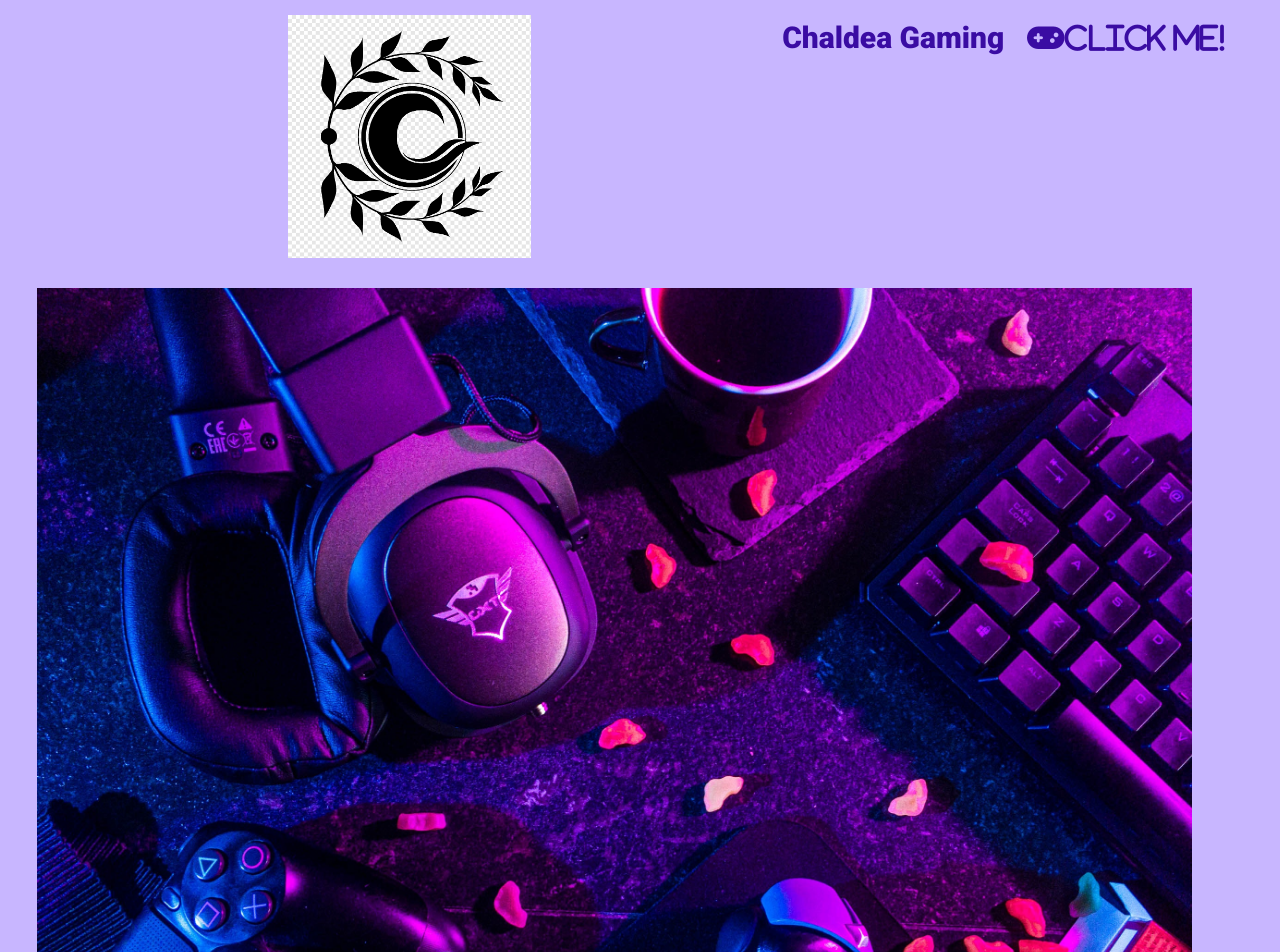
Repository: NyleNC/School-Projects
Page: Hmtl and CSS project/Contact.html
An editor plug-in stored every save of this project. The page is shown before and after the next save, followed by the edit.
The browser window is 1280 px wide. The pictures show the part of the page from y = 0 to 952 px (the page is 2055 px tall before and 2090 px after).
A picture or video elsewhere on the page could not be fetched, so the positions and the page height are approximate. Some web libraries are served in a nearby version.

Above is the page before, as saved 2025-01-05 14:50:09.

### Hmtl and CSS project/Contact.html
<!DOCTYPE html>
<html lang="en">
<head>
    <meta charset="UTF-8">
    <meta name="viewport" content="width=device-width, initial-scale=1.0">
    <title>Contact</title>
    <link rel="stylesheet" href="style.css">
    <script src="https://kit.fontawesome.com/1e3ba98075.js" crossorigin="anonymous"></script>
    <link rel="preconnect" href="https://fonts.googleapis.com">
<link rel="preconnect" href="https://fonts.gstatic.com" crossorigin>
<link href="https://fonts.googleapis.com/css2?family=Roboto:wght@400;700;900&display=swap" rel="stylesheet">
<link rel="stylesheet" href="https://cdnjs.cloudflare.com/ajax/libs/font-awesome/4.7.0/css/font-awesome.min.css">
<script src="script.js" defer></script>

</head>
<body>
    <header class="header-con">
        <nav class="main-nav">
            <i id="nav-toggle" class="fa-solid fa-gamepad fa-bounce fa-2xl">Click me!</i>
            <i id="close-btn" class="hidden">Close</i>
            <ul id="nav-menu">
                <li><a href="Index.html">Home</a></li>
                <li><a href="About.html">About</a></li>
                <li><a href="Club.html">Club Information</a></li>
                <li><a href="News.html">News and Events</a></li>
                <li><a href="Contact.html">Contact</a></li>
            </ul>
        </nav>
        <div class="logo">
            <img src="Images/Logo.png" alt="Logo" width="100" height="200" >
            <h1>Chaldea Gaming</h1>
     </div>
     <div>
     <img src="Images/Header-picture.jpg" alt="A picture of gaming equipment" width="2000" height="1500" >
     </div>
    </header>
    <main>
        <div>
        <h2>Join Us:</h2>

<p>Ready to embark on an epic gaming journey? Join Chaldea Gaming Club and be part of a community that transcends pixels and screens. Whether you're here for the games, the friendships, or the shared adventures, there's a place for you in our ever-expanding gaming family.

Connect with us on facebook or twitter and stay tuned for upcoming events, challenges, and the latest in the gaming world. Let the games begin!</p>
    </div>
<div>

</div>

<form action="https://webdevbasics.net/scripts/demo.php" method="post">
    <fieldset>
        <legend>Player Information</legend>
            <div class="field-col">
                <div>
                    <label for="firstName">First Name:</label>
                    <input id="firstName" type="text" name="firstName" placeholder="Please Input First Name" required>
                </div>
                <div>
                    <label for="lastName">Last Name:</label>
                    <input id="lastName" type="text" name="lastName" placeholder="Please Input Last Name" required>
                </div>
                <div>
                    <label for="email"> Email:</label>
                    <input id="email" name="email" type="email" placeholder="johndoe@google.com" required>
                </div>
                <div>
                    <label for="gamerTag">Gamer tag:</label>
                    <input id="gamerTag" type="text" name="gamerTag" placeholder="gamertag11 or discord Id">
                </div>
            </div>
        <div  class="field-container">
            <div>
    <img src="Images/joininghands.jpg" alt="a bunch of people's hand joining together" width="2000" height="1500">
        </div>
        <div>
            <img src="Images/gamers.jpg" alt="people playing a game and one lost" width="2000" height="1500">
                </div>
        </div>
    </fieldset>
    <div class="buttons">
        <div><input type="submit" name="submit" value="Submit"></div>
    <div><input type="reset" name="reset" value="Cancel"></div>
    </div>
</form>


</main>
    <footer class="footer">
        <div >
            <p><small>Nyle Bumanglag 2023</small></p>
        </div>
        <div class="social">
            <a href="#" class="fa fa-facebook"></a>
            <a href="#" class="fa fa-twitter"></a>
            <a href="#" class="fa fa-reddit"></a>
        </div>
        </footer>
</body>
</html>

### Hmtl and CSS project/Style.css
body{
    background: #c8b6ff;
    color: #3a0ca3;
    margin:0 auto;
    font-family: 'Roboto', sans-serif;
    font-weight: 400;
    font-size: 1em;
}

.footer {
    height: auto;
    margin:0 auto;
    width: 300px;
    text-align:center;
    color:#3a0ca3;
}
fieldset{
    border:5px groove #26b3de;
    border-radius: 10px;
}

h1{
    text-align: center;
    font-weight: 900;

}
h2 ,h3 {
    font-weight: 700;
    padding: 0 1em;
}

p{
    padding: 0 1em;
}
img {
    width: 95%;
    height: auto;
    margin: 20px auto;
    padding-left: 5px;

}
.main-nav{
   float: right;
   padding: 1.5em;
   margin: 0 auto;
}
.main-nav ul{
    background: #262032;
    color: #000000;
    display:none;
	gap:15px;
    width: 200px;
    height: auto;
    margin: 0 auto;
    transition: all 0.3s ease-in-out;
}
.main-nav ul.show {
    display: block;
}
.main-nav a{
    color: #a8dadc;
    text-decoration: wavy;
}
.main-nav a:hover{
     background-color: #4cc9f0
}



#close-btn:hover {
    background-color: #d32f2f;
}
.main-nav i.hidden {
    display: none;
}
.main-nav i {
    transition: opacity 0.3s ease-in-out;
}
i{
    float: right;
    margin-top: 15px;

}
input[type="submit"]:hover , input[type="reset"]:hover {
	background: #7fa0bd;
	border-color: rgb(127, 164, 189);
}
input[type="text"], input[type="email"]{
	display: block;
	border: 1px outset #800f00;
	border-radius: 5px;
	height: 30px;
	width: 100%;
}
input[type="submit"],input[type="reset"] {
    border-style: groove;
    background:  #ef476f ;
	border-radius: 5px;
    color: white;
	font-size: 0.75em;
	margin-top: 15px;
	padding: 10px ;


}
label{
    font-size: 1em;
    color: #3a0ca3;
    font-weight:400;

}
legend {
	font-size: 1.25em;
	font-weight: 700;
	color:  #3a0ca3 ;
}

/* classes*/
.buttons{
    margin: 0 auto;
    display: flex;
    gap: 7em;
   padding-left:1em;
}
.logo{
    margin: 1em;
   display: flex;

}
.logo img{
    width: 50%;
    height: auto;
}

.about-bkgd{
    background-image:url(Images/aboutbackground.jpg);
    background-position: center;
    background-size: cover;
    padding: 1em;
    border-radius:3px;

}
.about-bkgd img{
    margin: 0 auto;
	width: 25%;
    height: auto;
}
.button-bkgd{
    padding: 15px;
    line-height: 1em;
    background-color: transparent;
    background-size: cover;
    background-position: 50%;
    background-repeat: no-repeat;
    border: 2px solid #26b3de;
    border-radius: 3px;
    text-align: center;
}
.button-bkgd a{
    color: #fff;
    text-decoration: wavy;
}
.button-bkgd a:hover{
    background-color: #a8dadc;
}
.club-bkgd{
    background-image: url(Images/clubbgkd.jpg);
    background-position: center ;
    background-size: cover;
    padding: 1em;
    border-radius:3px;
}

.news-bkgd{
    background-image: url(Images/newsbgkd.jpg);
    background-position: center;
    background-size: cover;
    padding: 1em;
    border-radius:3px;
}
.contact-bkgd{
    background-image: url(Images/contactbgkd.jpg);
    background-position: center ;
    background-size: cover;
    padding: 1em;
    border-radius:3px;
}
.header-con{
    width: 95%;
    height: auto;
    margin: 0 auto;
}
.container{
    margin: 0 auto;
    gap: 1em;
    display: grid;
    grid-template-columns:  1fr 1fr;
	width: 95%;
    height: auto;
    border: 4px solid #26b3de;
    border-radius:3px;
}
.fa {
    padding: 10px;
    font-size: 20px;
    width: 30px;
    text-align: center;
    text-decoration: none;
    margin: 5px 2px;
  }
.fa-facebook {
    background: #3B5998;
    color: white;
  }
  .fa:hover {
      opacity: 0.7;
}
.fa-twitter {
    background: #55ACEE;
    color: white;
}
.fa-reddit {
    background: #ff5700;
    color: white;
  }
.social{
    text-align: right;
    margin-right: 7em;
}
.field-col{
    grid-template-columns: 1fr 1fr ;
    display: grid;
    gap: 10px;
}
.field-container{
    margin: 0 auto;
    gap: 1em;
    display: grid;
    grid-template-columns:  1fr 1fr;
	width: 95%;
    height: auto;

}
.event-news {
    display: flex;

    border:5px solid #b388eb;
    width: 90%;
    gap: 10em;
    padding-left: 5em;
}

.event-news a{
    color: #3a0ca3;
    text-decoration: wavy;
}

.event-news a:hover{
    background-color: #4cc9f0

}

section {
    padding: 15px;
}


.event-container{
    display: grid;
    grid-template-columns: 1fr 1fr;
    width: 95%;
    height: auto;
    text-align: left;
}


@media only screen and (min-width: 768px) {
    .container{
       margin: 0 auto;
        gap: 10px;
        display: grid;
        grid-template-columns:  1fr 1fr 1fr 1fr;
        width: 95%;
        height: auto;

    }
    img{
        margin: 1em auto;

    }
    body{
        margin: 0 auto;
       font-size: 15px;

    }
    .main-nav ul{
    width: 500px;
    height: auto;
    margin: 0 auto;
    }
    .buttons{
        margin: 0 auto;
        display: flex;
        gap: 8em;
       padding-left:9em;
    }
    .logo img{
        width: 25%;
        height: auto;
    }
    .logo{
        margin: 0 auto;
       display: flex;

    }
}

@media only screen and (min-width: 1440px){
    body{
        margin: 0 auto;
        font-size: 2em;

    }
    img{
        margin: 0 1em;
    }
    .container{
        margin: 0 auto;
         gap: 1em;
         display: grid;
         grid-template-columns:   1fr 1fr 1fr 1fr;
         width: 95%;
         height: auto;
         text-align: center;
         padding-right: 1em;
     }

    .main-nav ul{
        width: 500px;
    height: auto;
    margin: 0 auto;
    }
    .social{
        text-align: right;
        margin-right: 2em;
    }
    .buttons{
        margin: 0 auto;
        display: flex;
        gap: 8em;
       padding-left:15em;
    }
    .logo img{
        width: 25%;
        height: auto;
        margin-bottom: 1em;
        margin-top: 1em;
    }

}

@media only screen and (min-width: 1920px){
    body{
        margin: 0 auto;
        font-size: 2em;

    }
    img{
        margin: 0 1em;
        width: 95%;
        height: auto;
    }
    .container{
        margin: 0 auto;
         gap: 1em;
         display: grid;
         grid-template-columns:   1fr 1fr 1fr 1fr;
         width: 95%;
         height: auto;
         text-align: center;
         padding-right: 1em;
     }

    .main-nav ul{
        width: 500px;
    height: auto;
    margin: 0 auto;
    }
    .social{
        text-align: right;
        margin-right: 2em;
    }
    .buttons{
        margin: 0 auto;
        display: flex;
        gap: 8em;
       padding-left:15em;
    }
    .logo img{
        width: 25%;
        height: auto;
        margin-bottom: 1em;
        margin-top: 1em;
    }
    .event-news {
        display: flex;

        border:5px solid #b388eb;
        margin: 0 auto;
        width: 90%;
        gap: 25em;
        padding-left: 10em;
    }
    .field-container{
        margin: 1em auto;
        gap: 1em;
        display: grid;
        grid-template-columns:  1fr 1fr;
        width: 95%;
        height: auto;

    }

}

### Hmtl and CSS project/script.js
document.getElementById("nav-toggle").addEventListener("click", function () {
    const navMenu = document.getElementById("nav-menu");
    const navToggle = document.getElementById("nav-toggle");
    const closeBtn = document.getElementById("close-btn");

    // Toggle the navigation menu visibility
    navMenu.classList.toggle("show");

    // Toggle visibility of "Click me!" and "Close" button
    navToggle.classList.toggle("hidden");
    closeBtn.classList.toggle("hidden");
});

// Close the navigation menu when "Close" button is clicked
document.getElementById("close-btn").addEventListener("click", function () {
    const navMenu = document.getElementById("nav-menu");
    const navToggle = document.getElementById("nav-toggle");
    const closeBtn = document.getElementById("close-btn");

    // Hide the navigation menu
    navMenu.classList.remove("show");

    // Show the "Click me!" button and hide the "Close" button
    navToggle.classList.remove("hidden");
    closeBtn.classList.add("hidden");
});

After the next save:
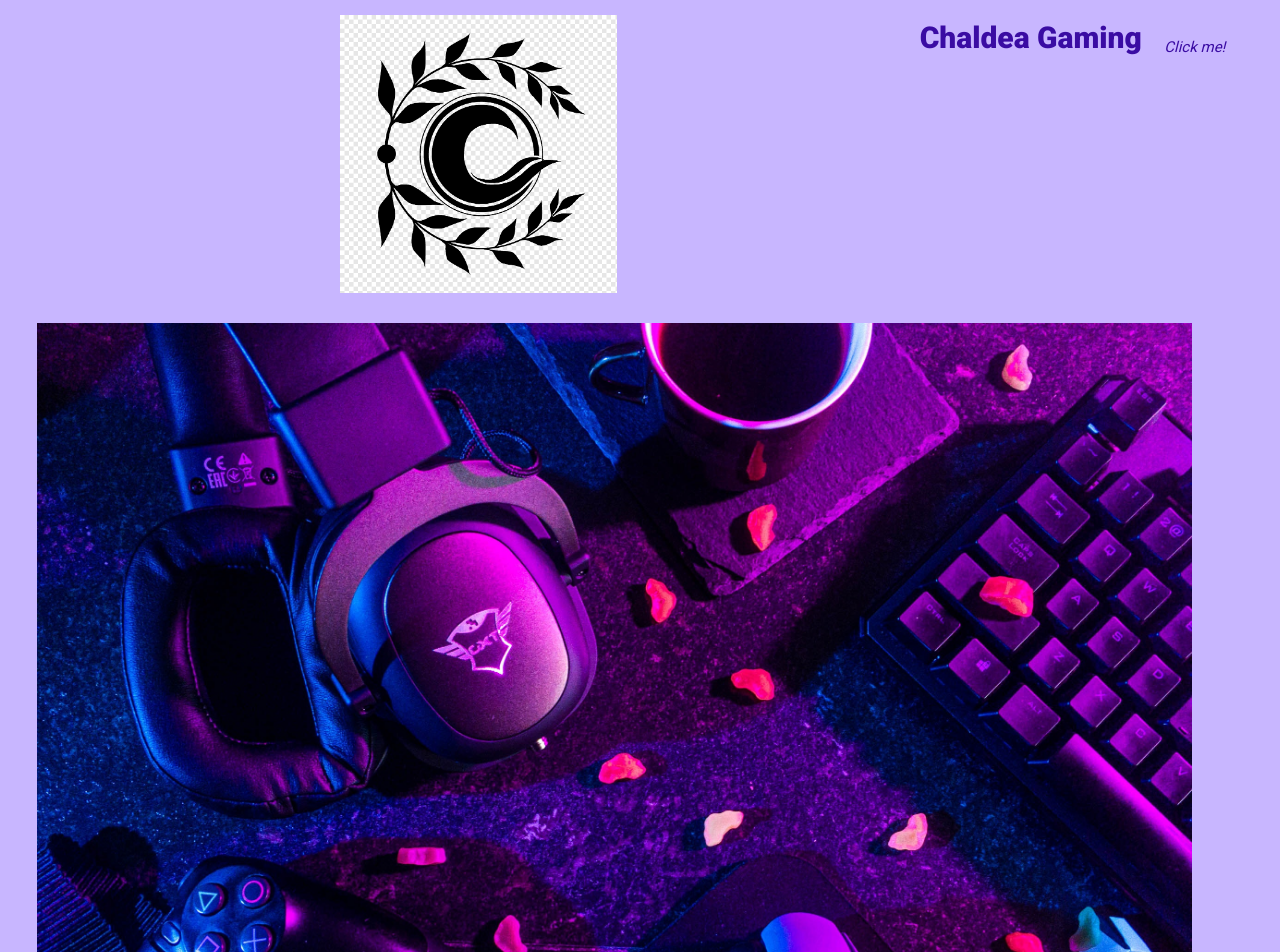
Saved 18 s later.
--- a/Hmtl and CSS project/Contact.html
+++ b/Hmtl and CSS project/Contact.html
@@ -16,7 +16,7 @@
 <body>
     <header class="header-con">
         <nav class="main-nav">
-            <i id="nav-toggle" class="fa-solid fa-gamepad fa-bounce fa-2xl">Click me!</i>
+            <i id="nav-toggle">Click me!</i>
             <i id="close-btn" class="hidden">Close</i>
             <ul id="nav-menu">
                 <li><a href="Index.html">Home</a></li>

After the save that followed:
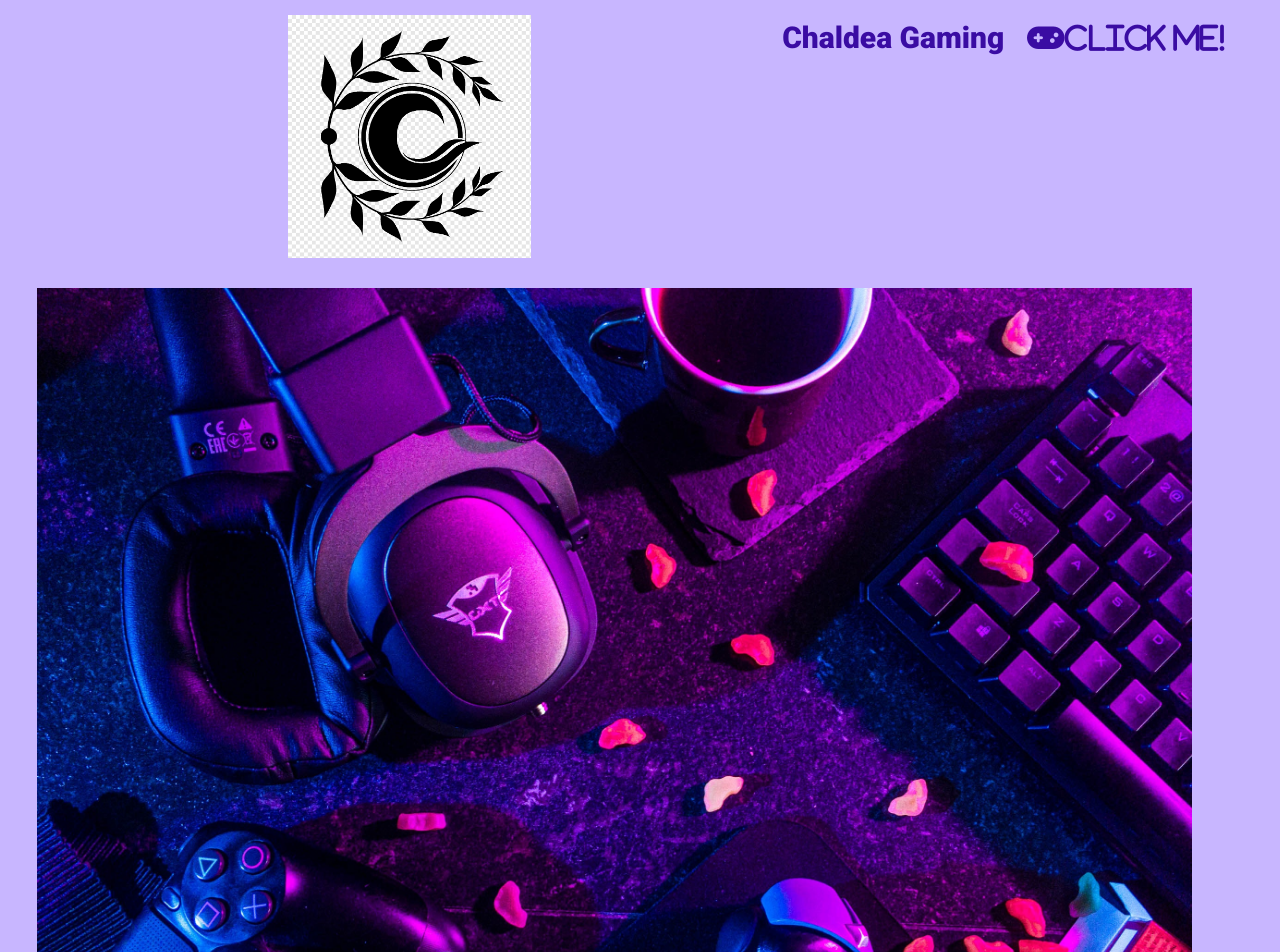
Saved 6 s later.
--- a/Hmtl and CSS project/Contact.html
+++ b/Hmtl and CSS project/Contact.html
@@ -16,7 +16,7 @@
 <body>
     <header class="header-con">
         <nav class="main-nav">
-            <i id="nav-toggle">Click me!</i>
+            <i id="nav-toggle" class="fa-solid fa-gamepad fa-bounce fa-2xl">Click me!</i>
             <i id="close-btn" class="hidden">Close</i>
             <ul id="nav-menu">
                 <li><a href="Index.html">Home</a></li>
